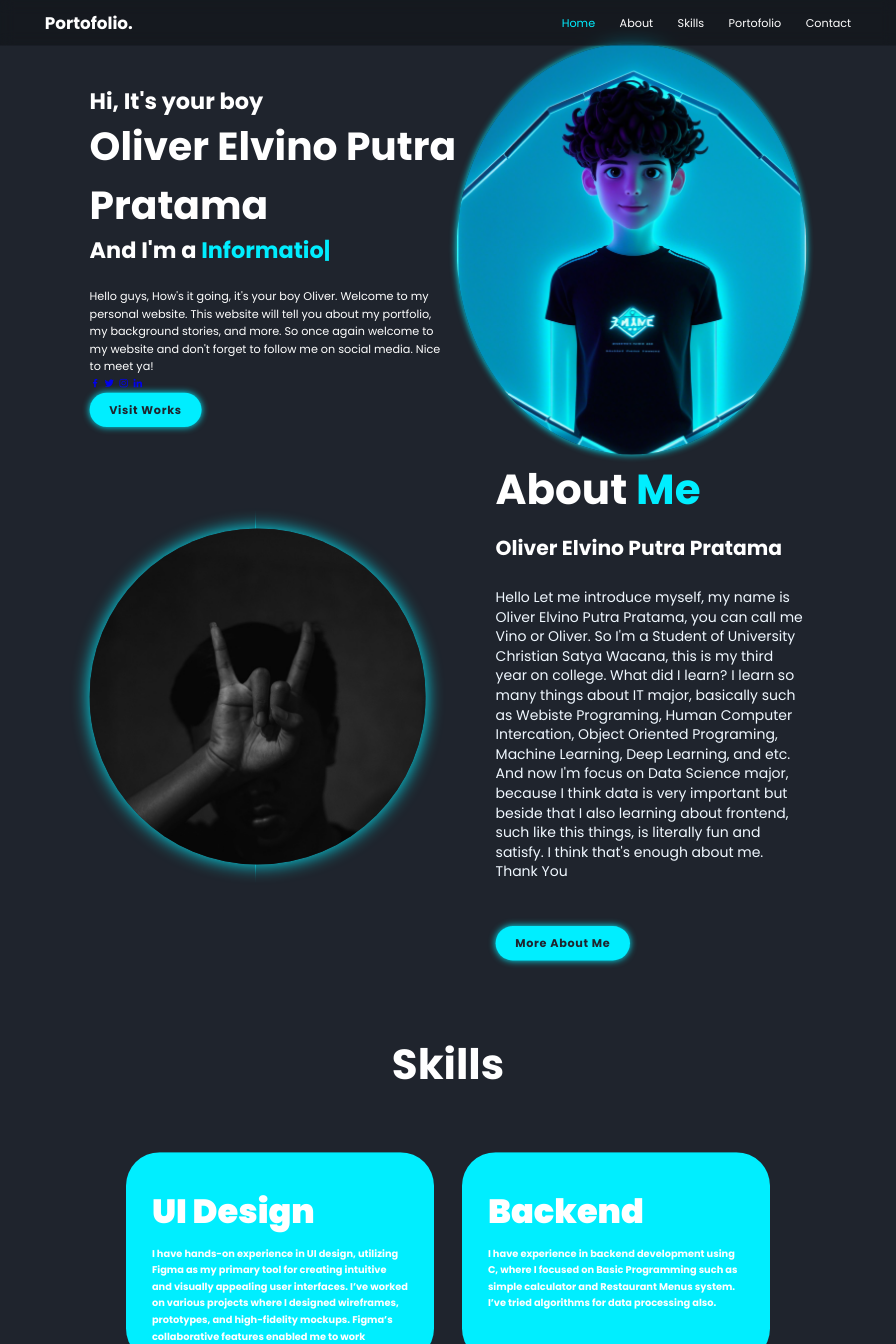
Repository: Olovrelvino/personalWebsite-HtmlCssJs-project
Page: main.html
These files come from the project's save history. The page is drawn as it stood at one moment and after the next save; the edit follows.
The browser window is 1280 px wide. The pictures show the part of the page from y = 0 to 1920 px (the page is 3580 px tall before and 3891 px after), at 70% of full size.
Some web libraries are served in a nearby version.

Above is the page before, as saved 2024-09-22 22:54:58.

After the next save:
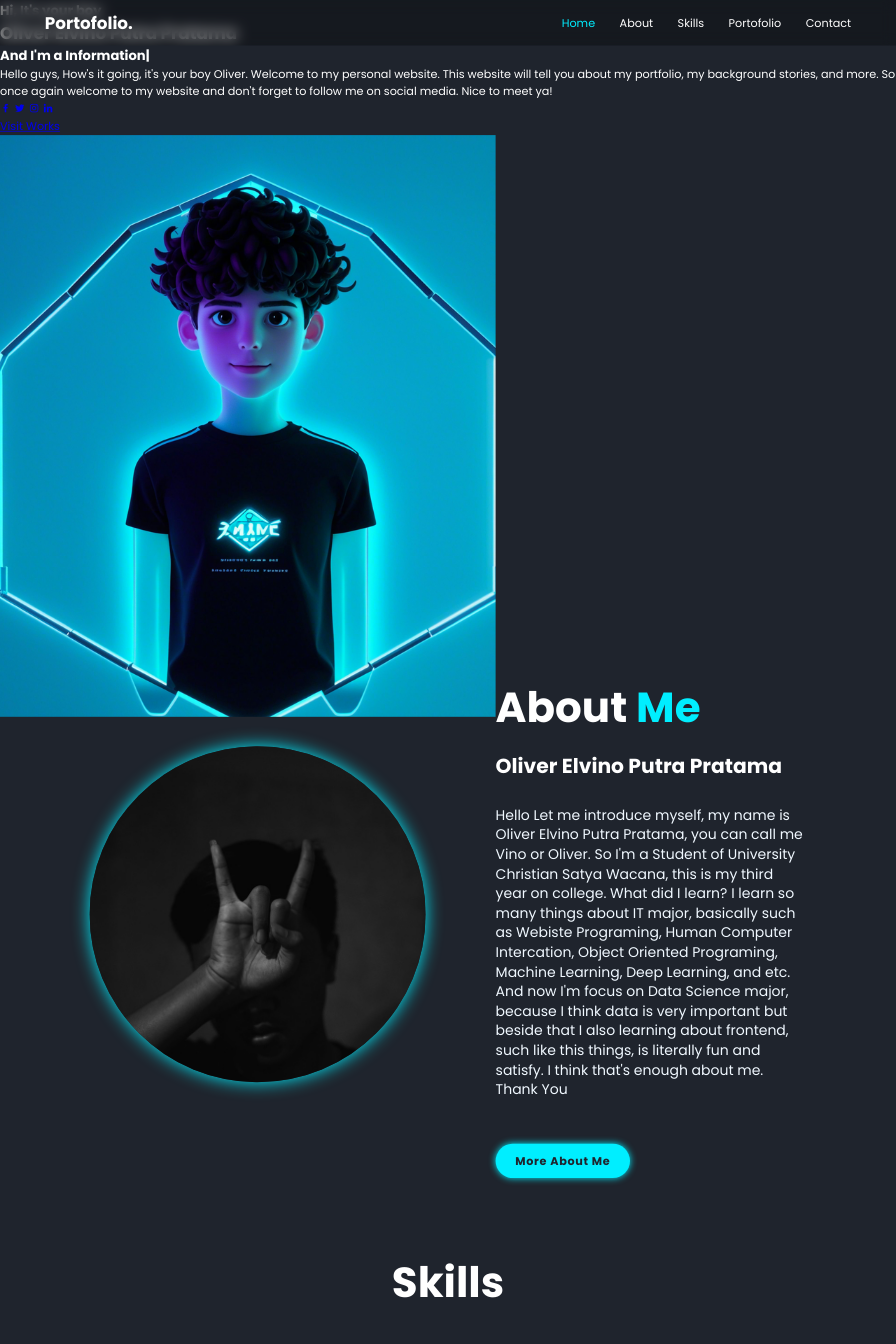
Saved 26 s later.
--- a/style.css
+++ b/style.css
@@ -114,109 +114,7 @@ body {
     }
   }
 
-.home {
-    position: relative;
-    width: 100%;
-    height: 100vh;
-    display: flex;
-    justify-content: space-between;
-    align-items: center;
-    padding: 10% 10% 0;
-    padding-top: 10px;
-
-}
-
-.home-content {
-    max-width: 850px;
-}
-
-.home-content h3 {
-    font-size: 32px;
-    font-weight: 700;
-    opacity: 0;
-    animation: slideBottom 1s ease forwards;
-    animation-delay: .7s;
-}
-
-.home-content h3:nth-of-type(2) {
-    margin-bottom: 30px;
-    opacity: 0;
-    animation: slideTop 1s ease forwards;
-    animation-delay: .7s;
-}
-
-.home-content h3 span {
-    color: #0ef;
-}
-
-.home-content h1 {
-    font-size: 56px;
-    font-weight: 700;
-    margin: -3px 0;
-    opacity: 0;
-    animation: slideRight 1s ease forwards;
-    animation-delay: .9s;
-}
-
-.home-content p {
-    font-size: 16px;
-    margin-right: 20px;
-    opacity: 0;
-    animation: slideLeft 1s ease forwards;
-    animation-delay: .9s;
-}
-
-.home-img img{
-    max-width: 500px;
-    opacity: 0;
-    animation: zoomIn 1s ease forwards, floatImage 4s ease-in-out infinite;
-    animation-delay: 2s, 3s;
-    border-radius: 50%;
-    box-shadow: 0 0 10px #0ef;
-
-}
-
-.soscial-media a {
-    display: inline-flex;
-    justify-content: center;
-    align-items: center;
-    width: 40px;
-    height: 40px;
-    background: transparent;
-    border: 2px solid #0ef;
-    border-radius: 50%;
-    font-size: 20px;
-    color:#0ef;
-    text-decoration: none;
-    margin: 30px 15px 30px 0;
-    transition: .5s ease;
-    opacity: 0;
-    animation: slideLeft 1s ease forwards;
-    animation-delay: calc(.2s * var(--i));
-
-}
-
-.soscial-media a:hover {
-    background: #0ef;
-    color: #1f242d;
-    box-shadow: 0 0 20px #0ef;
-}
-
-.btn {
-    display: inline-block;
-    padding: 12px 28px;
-    background: #0ef;
-    border-radius: 40px;
-    box-shadow: 0 0 10px #0ef;
-    font-size: 16px;
-    color: #1f242d;
-    letter-spacing: 1px;
-    text-decoration: none;
-    font-weight: 600;
-    opacity: 0;
-    animation: slideTop 1s ease forwards;
-    animation-delay: .2s;
-}
+
 
 
 .about {
